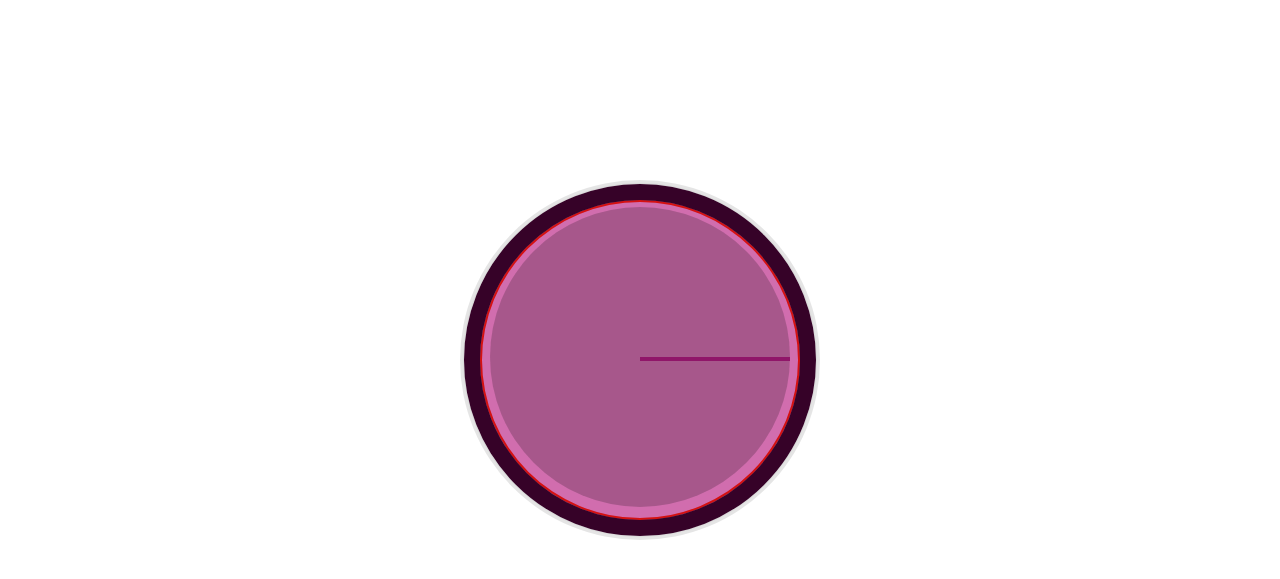
Repository: Freezler/javascript-css-clock
Page: index.html
The author's editor kept a copy of each file at every save. The page is drawn from the files as they stood at one save, then again after the next save.
The browser window is 1280 px wide. The pictures show the whole page.

Above is the page before, as saved 2024-08-24 16:01:57.

### index.html
<!DOCTYPE html>
<html lang="en">

<head>
    <meta charset="UTF-8">
    <title>JS + CSS Clock</title>
    <link rel="icon" href="https://fav.farm/🔥" />
    <link rel="stylesheet" href="style.css">
</head>

<body>
    <div class="clock">
        <div class="clock-face">
            <div class="hand hour-hand"></div>
            <div class="hand min-hand"></div>
            <div class="hand second-hand"></div>
        </div>
    </div>
    <script src="/main.js"></script>
</body>

</html>

### style.css
html {
    background: url() no-repeat center center fixed;
    background-repeat: no-repeat;
    background-attachment: fixed;
    background-position: center center;
    background-size: cover;
    font-family: 'system-ui', sans-serif;
    text-align: center;
    font-size: 10px;
}

body {
    margin: 0;
    font-size: 2rem;
    display: flex;
    flex: 1;
    min-height: 100vh;
    align-items: center;
}

.clock {
    width: 30rem;
    height: 30rem;
    border: 16px solid rgb(54, 2, 40);
    border-radius: 50%;
    margin: 50px auto;
    position: relative;
    padding: 1rem;
    box-shadow:
        0 0 0 4px rgba(0, 0, 0, 0.1),
        inset 0 0 0 2px #d51111,
        inset 0 0 2px black,
        0 0 2px rgba(0, 0, 0, 0.2);
    background: rgba(181, 18, 124, 0.616);
    transition: all 500ms;
}

.clock-face {
    position: relative;
    width: 100%;
    height: 100%;
    transform: translateY(-3px);
    /* account for the height of the clock hands */
    background: rgba(0, 0, 0, 0.2);
    border-radius: 50%;
}

.hand {
    width: 50%;
    height: 4px;
    background: rgb(144, 22, 105);
    position: absolute;
    top: 50%;
    z-index: 100;
    transform-origin: 100%;
    transform: rotate(0.5turn);
    transition-timing-function: cubic-bezier(0.1, 2.7, 0.58, 1);

}

@keyframes rotate {
    from {
        transform: rotate(0deg);
    }
    to {
        transform: rotate(360deg);
    }
}

Loaded but not shown: main.js (no stored copy; drawn as an empty file)

After the next save:
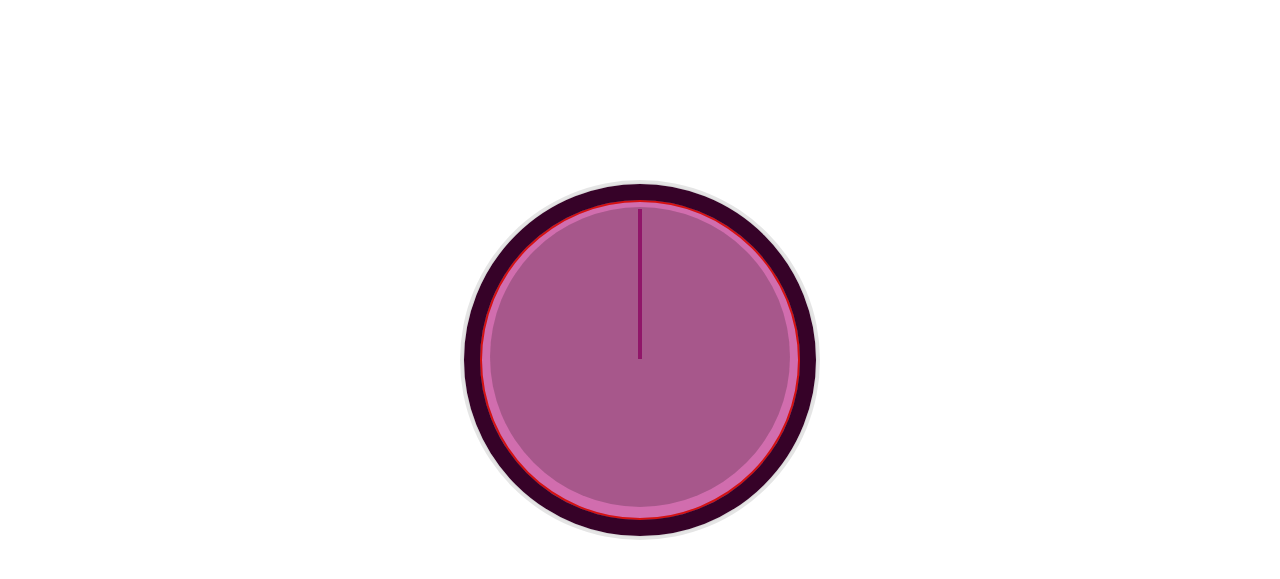
Saved 43 s later.
--- a/style.css
+++ b/style.css
@@ -32,7 +32,6 @@ body {
         inset 0 0 2px black,
         0 0 2px rgba(0, 0, 0, 0.2);
     background: rgba(181, 18, 124, 0.616);
-    transition: all 500ms;
 }
 
 .clock-face {
@@ -53,16 +52,7 @@ body {
     top: 50%;
     z-index: 100;
     transform-origin: 100%;
-    transform: rotate(0.5turn);
+    transform: rotate(90deg);
     transition-timing-function: cubic-bezier(0.1, 2.7, 0.58, 1);
-
+    transition: all 0.05s;
 }
-
-@keyframes rotate {
-    from {
-        transform: rotate(0deg);
-    }
-    to {
-        transform: rotate(360deg);
-    }
-}
